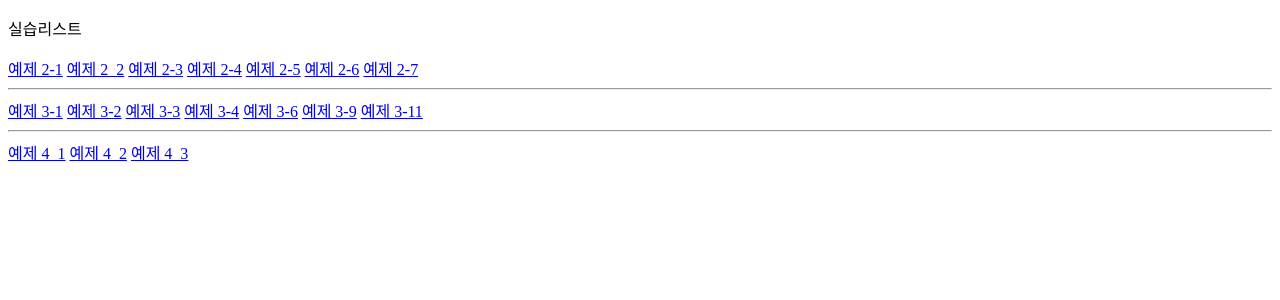
Repository: H-hyeonje/jsp
Page: http://localhost/jsbook/
The author's editor kept a copy of each file at every save. The page is drawn from the files as they stood at one save, then again after the next save.
The browser window is 1280 px wide. The pictures show the whole page.
The page is served by Tomcat 10.

Above is the page before, as saved 2024-10-10 02:04:00.

After the next save:
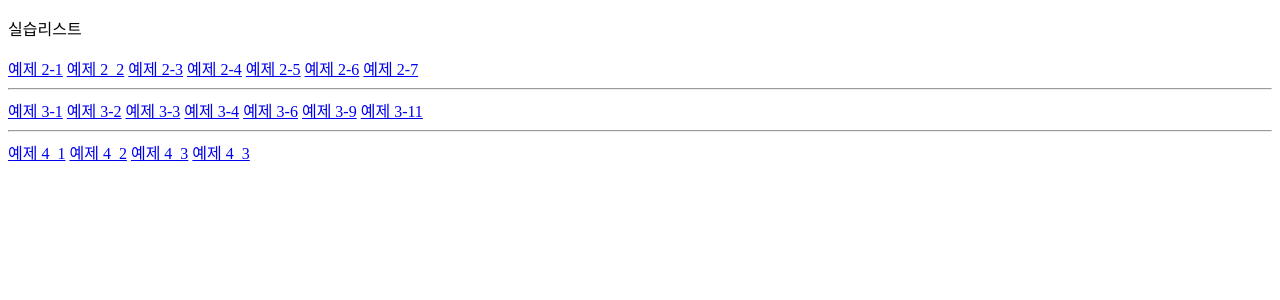
Saved 2 min 26 s later.
--- a/jsbook/src/main/webapp/index.jsp
+++ b/jsbook/src/main/webapp/index.jsp
@@ -27,5 +27,6 @@
 <a href="4_1">예제 4_1</a>
 <a href="4_2">예제 4_2</a>
 <a href="4_3">예제 4_3</a>
+<a href="4_4">예제 4_3</a>
 </body>
 </html>
